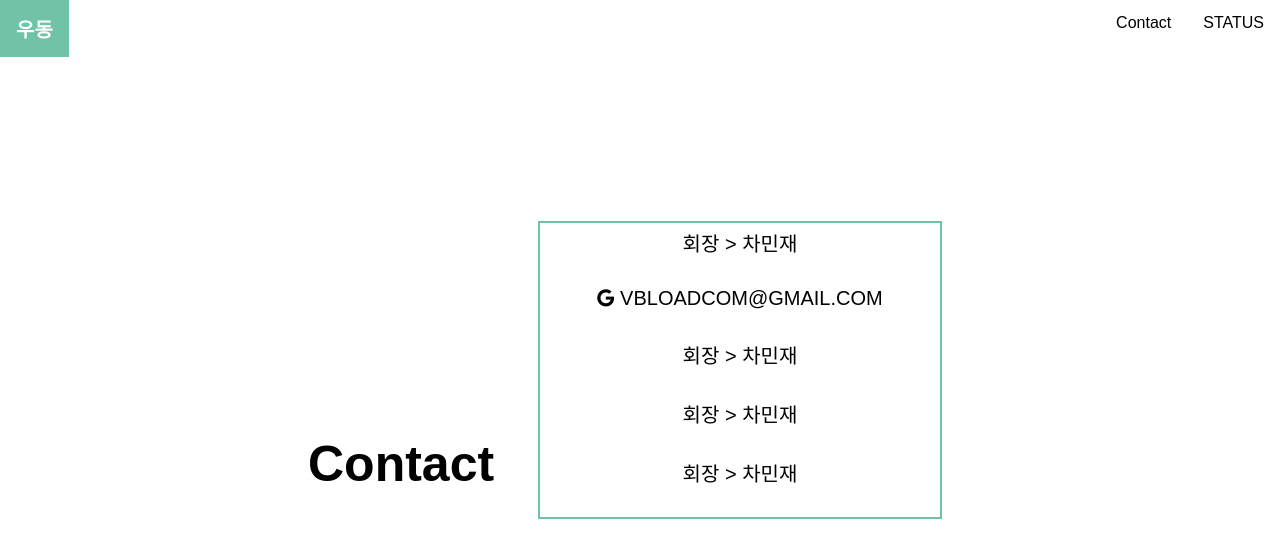
Repository: charmingjae/circles
Page: http://localhost/circles/root/contact.jsp
An editor plug-in stored every save of this project. The page is shown before and after the next save, followed by the edit.
The browser window is 1280 px wide. The pictures show the whole page.
Some web fonts or font styles are not loaded; a fallback is used. The page is served by Tomcat 9.

Above is the page before, as saved 2020-07-09 15:04:59.

After the next save:
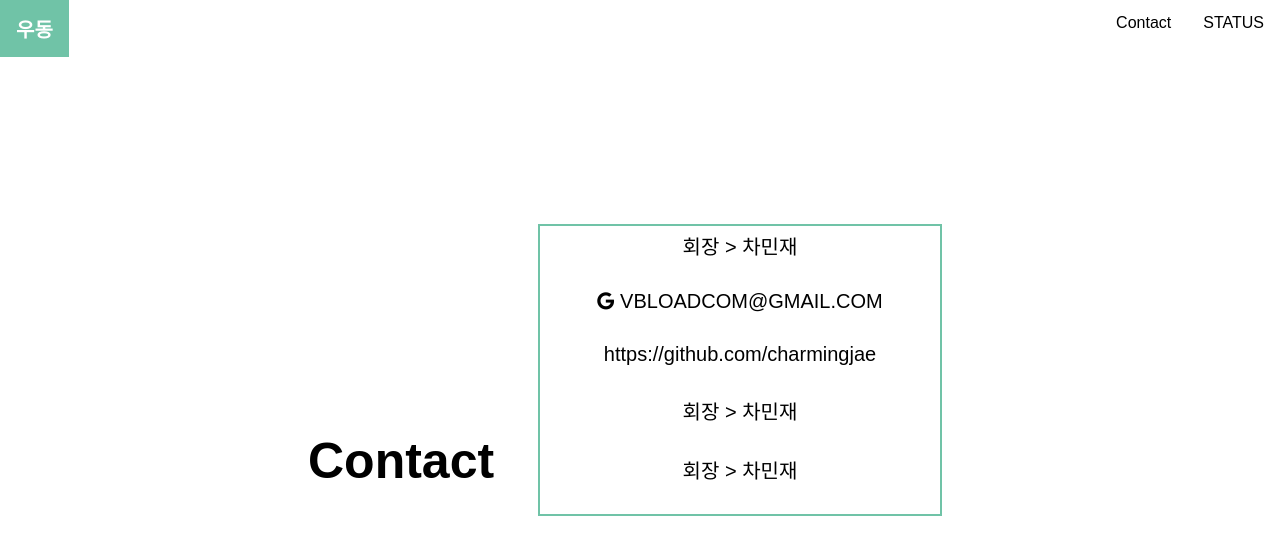
Saved 18 s later.
--- a/circles/WebContent/root/contact.jsp
+++ b/circles/WebContent/root/contact.jsp
@@ -22,7 +22,7 @@
 			<div class="main">
 				<span id="showEtc"> 회장 > 차민재 </span>
 				<span id="showEtc"><i class="fa fa-google" aria-hidden="true"></i> VBLOADCOM@GMAIL.COM  </span>
-				<span id="showEtc"> 회장 > 차민재 </span>
+				<span id="showEtc">  https://github.com/charmingjae</span>
 				<span id="showEtc"> 회장 > 차민재 </span>
 				<span id="showEtc"> 회장 > 차민재 </span>
 			</div>
